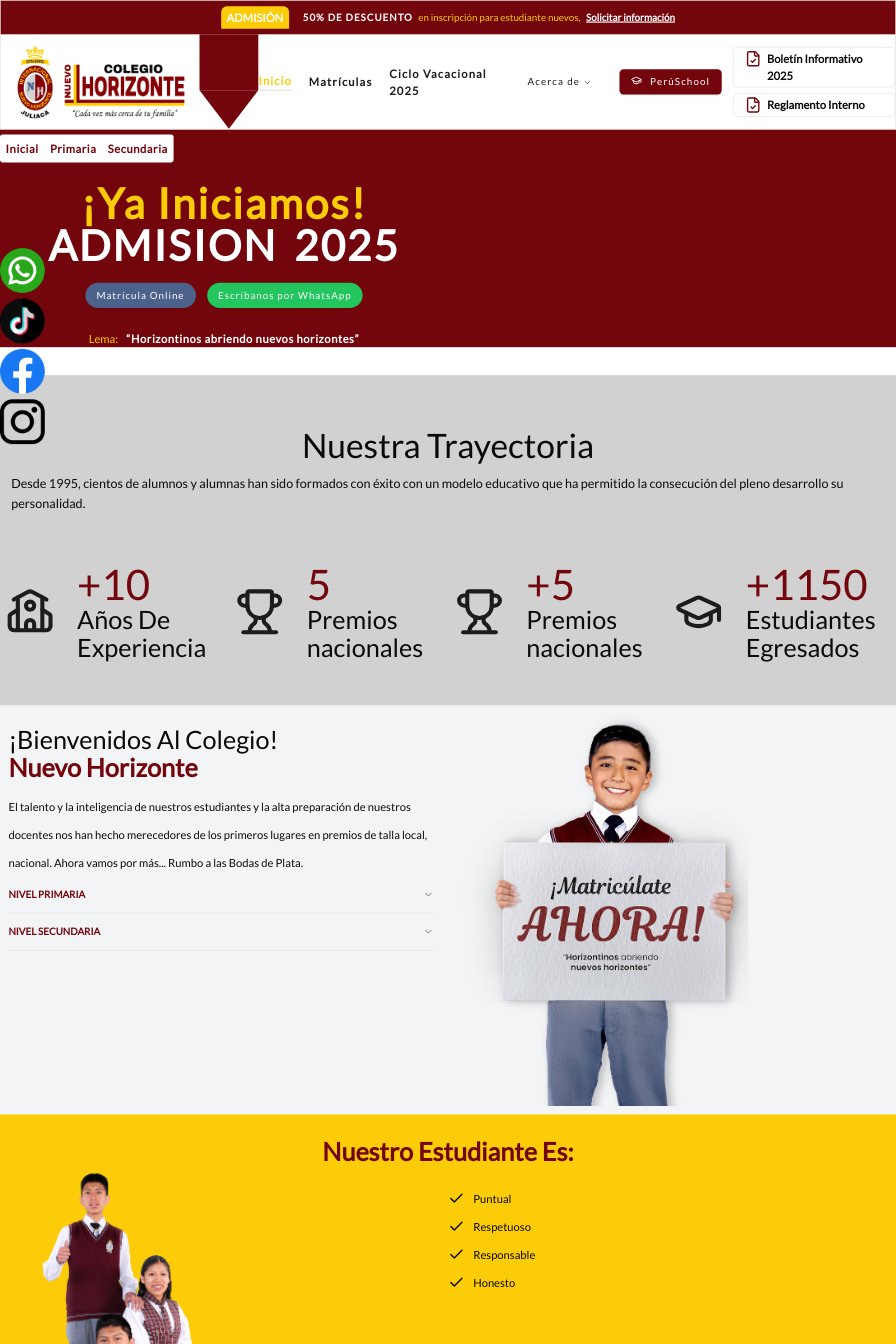
Repository: jefrydep/new_horizont_school
Page: /
An editor plug-in stored every save of this project. The page is shown before and after the next save, followed by the edit.
The browser window is 1280 px wide. The pictures show the part of the page from y = 0 to 1920 px (the page is 4331 px tall), at 70% of full size.
The project was rebuilt for these pictures with package versions that can differ from the ones it lists, and the page was loaded fresh each time. The framework's server and built-in components were replaced by stand-ins that run in the browser. Also part of the build but not shown: next.config.ts.

Above is the page before, as saved 2024-12-05 20:18:52.

After the next save:
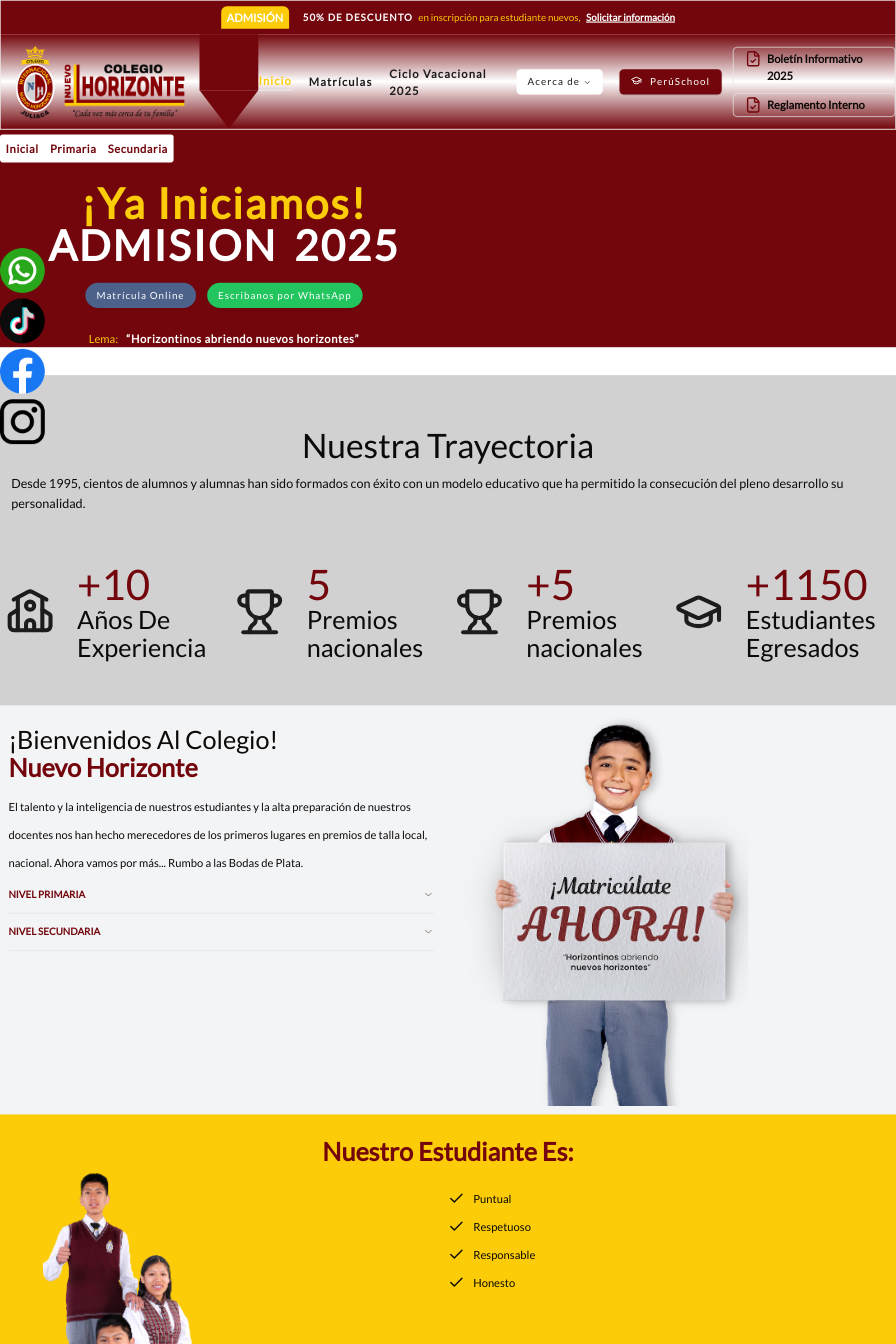
Saved 58 s later.
--- a/src/components/Navbar.tsx
+++ b/src/components/Navbar.tsx
@@ -57,7 +57,7 @@ export default function Navbar() {
           </div>
         </div>
       </div>
-      <nav className="container font-bold   bg-gradient-to from-title via-white to-title   sticky top-8   flex justify-between items-center m-auto">
+      <nav className="container font-bold   bg-gradient-to-b from-title via-white to-title   sticky top-8   flex justify-between items-center m-auto">
         {/* Logo y texto del colegio */}
         <div className="flex items-center">
           <div className=" ">
